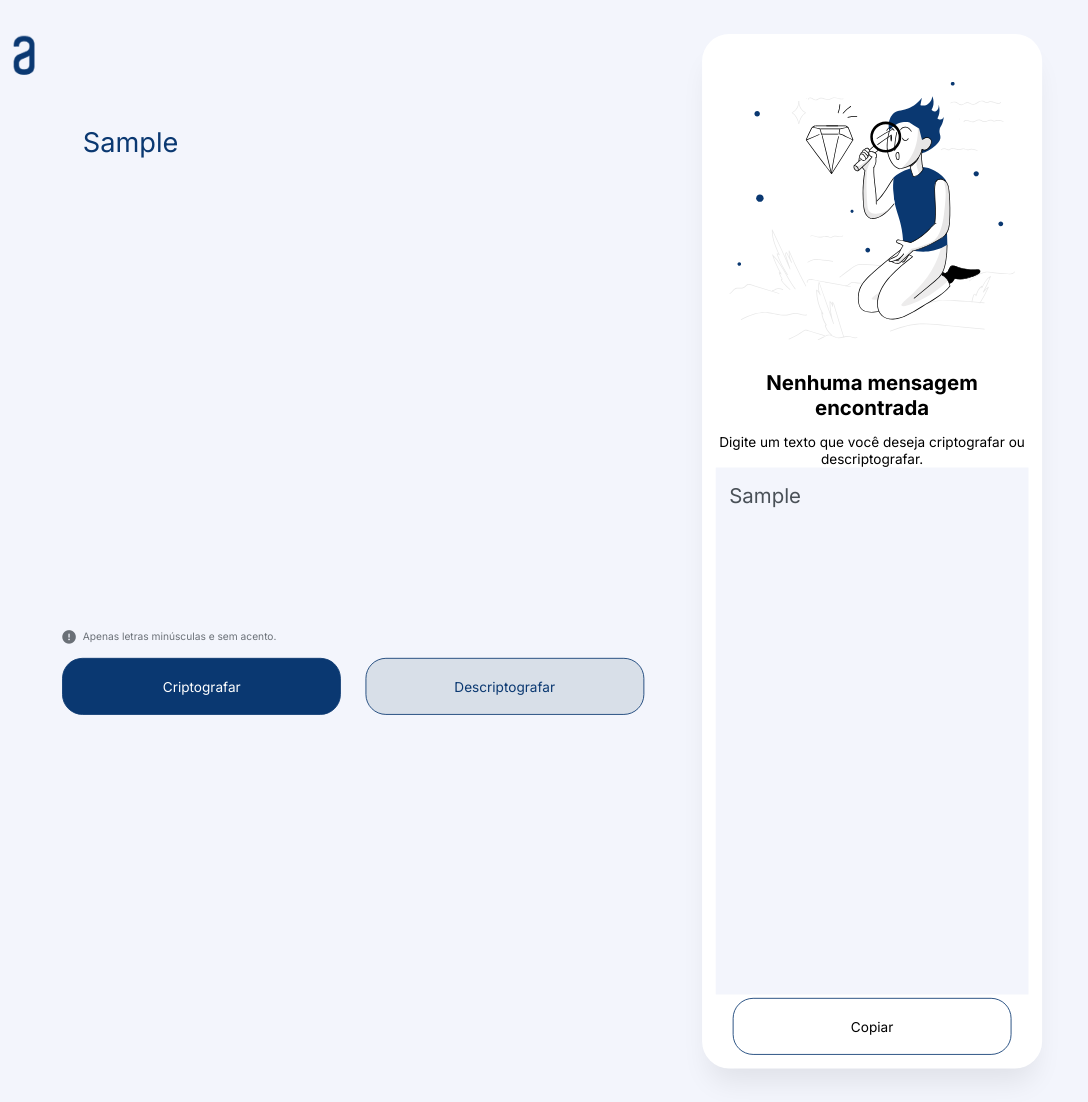
Repository: CarlosEduardoVdeOliveira/descodificador-de-texto
Page: index.html
These files come from the project's save history. The page is drawn as it stood at one moment and after a run of saves; the edit follows.
The browser window is 1280 px wide. The pictures show the whole page, at 85% of full size.
Empty fields were first filled with sample values (such as "Sample", 5 or name@example.com).
After loading, the first visible `button.button-cryptography` was clicked once.

Above is the page before, as saved 2023-04-13 14:44:51.
Console error: TypeError: Cannot read properties of null (reading 'addEventListener')

After the next 2 saves:
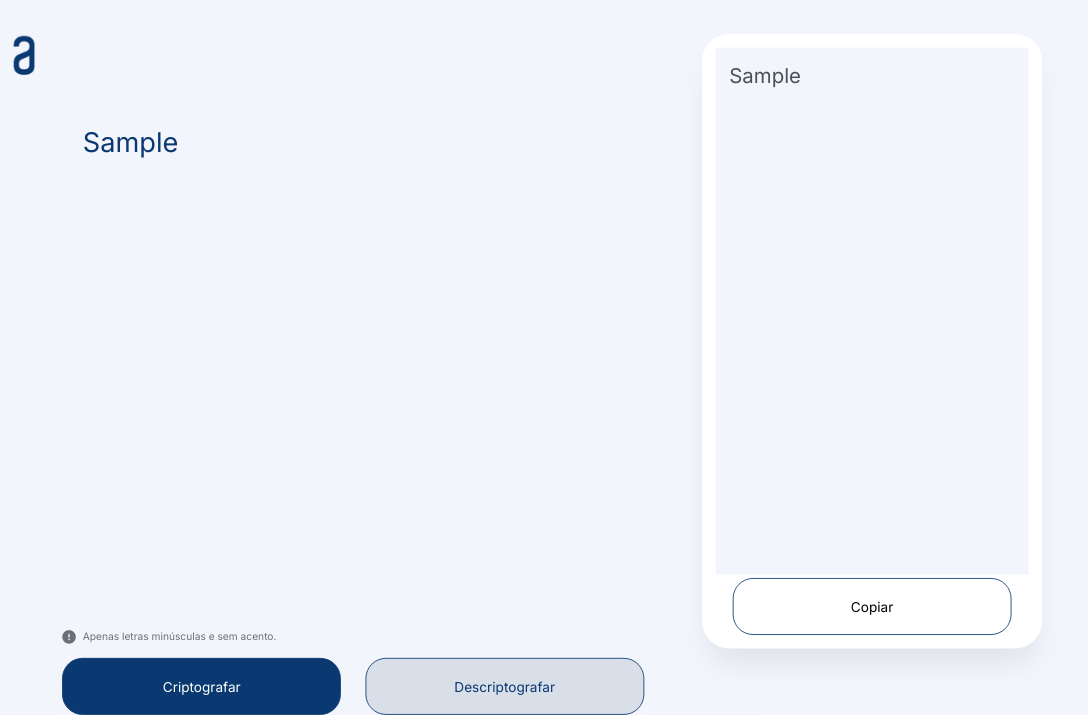
The 2 saves are shown as one change because they came seconds apart.
The last was saved 66 s later.
--- a/src/scripts/index.js
+++ b/src/scripts/index.js
@@ -5,23 +5,16 @@ const buttonDecryption = document.querySelector(".button-decryption");
 const buttonCopy = document.querySelector(".button-copy-cryption");
 
 function encryptText(){
-  const textareaValue = elementTextarea.value;
+   const textareaValue = elementTextarea.value;
 
-  if (textareaValue.length > 0) {
-    areaCryption.classList.add("text-cryption-whit-text");
+   if ( textareaValue.length > 0) {
+      areaCryption.classList.add("text-cryption-whit-text")
+      areaCryption.innerHTML = `
+         <textarea class="textarea-output" disabled>${textareaValue}</textarea>
+         <button class="button-copy-cryption">Copiar</button>
+      `;
 
-    const textareaOutput = document.createElement("textarea");
-    textareaOutput.className = "textarea-output";
-    textareaOutput.disabled = true;
-    textareaOutput.value = textareaValue;
-    areaCryption.appendChild(textareaOutput);
-
-    const buttonCopy = document.createElement("button");
-    buttonCopy.className = "button-copy-cryption";
-    buttonCopy.textContent = "Copiar";
-    buttonCopy.addEventListener("click", copyText);
-    areaCryption.appendChild(buttonCopy);
-  }
+   }
 }
 
 function decryptText(){
